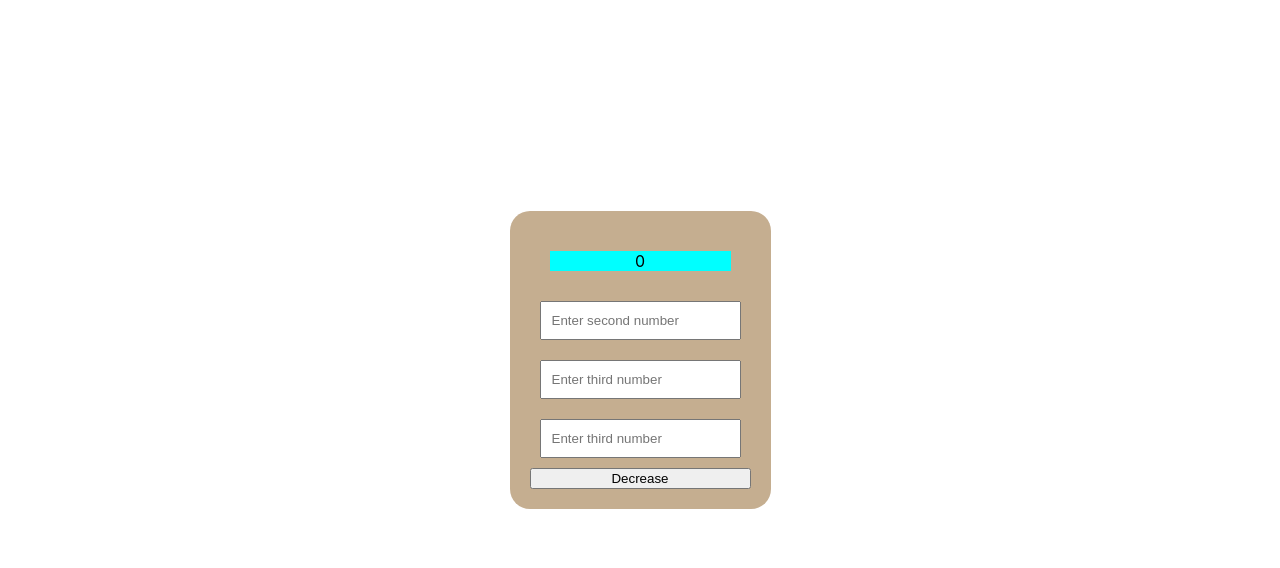
Repository: purnimapatel/SI-calculator
Page: /
The author's editor kept a copy of each file at every save. The page is drawn from the files as they stood at one save, then again after the next save.
The browser window is 1280 px wide. The pictures show the whole page.
The project was rebuilt for these pictures with package versions that can differ from the ones it lists, and the page was loaded fresh each time.

Above is the page before, as saved 2024-08-26 11:35:26.

After the next save:
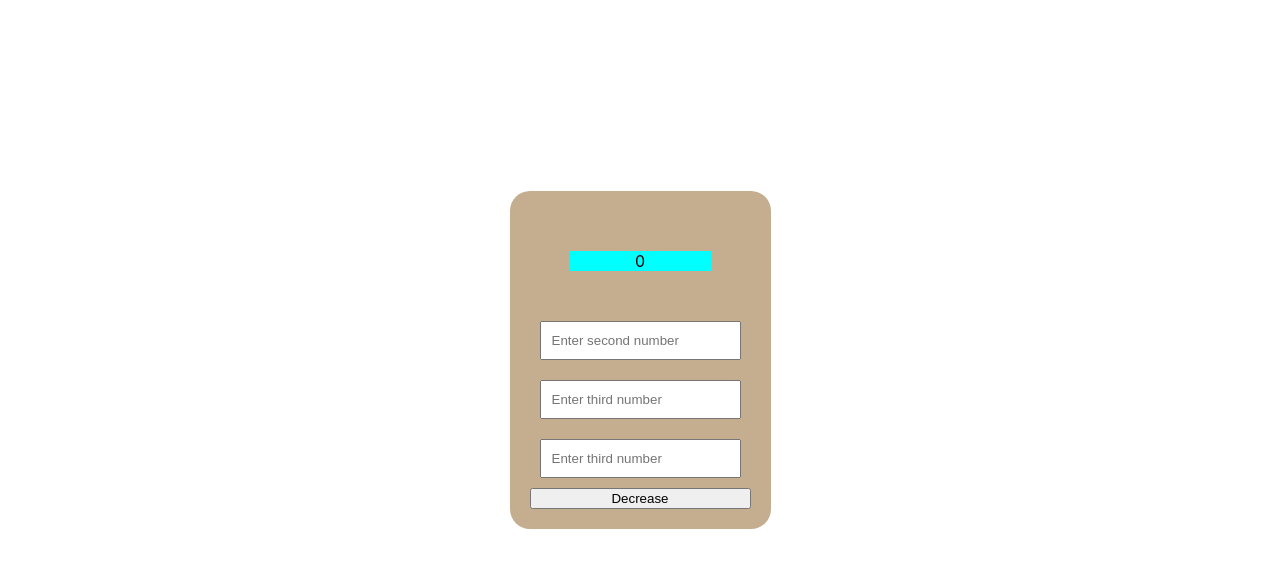
Saved 13 s later.
--- a/src/App.css
+++ b/src/App.css
@@ -26,7 +26,7 @@
   display: flex;
   text-align: center;
   justify-content: center;
-  margin:20px 20px;
+  margin:40px 40px;
   background-color:aqua;
 
 }
